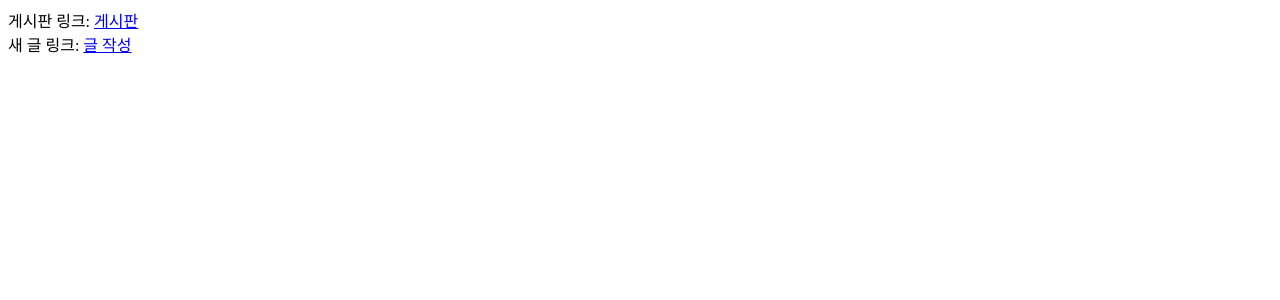
Repository: JunhaPark96/springBoard_maven
Page: http://localhost/springboard/
The author's editor kept a copy of each file at every save. The page is drawn from the files as they stood at one save, then again after the next save.
The browser window is 1280 px wide. The pictures show the whole page.
The page is served by Tomcat 9. Other server files are loaded and not shown.

Above is the page before, as saved 2023-08-24 06:18:00.

### springboard/src/main/webapp/index.jsp
<%@ page language="java" contentType="text/html; charset=UTF-8"
    pageEncoding="UTF-8"%>
<!DOCTYPE html>
<html>
<head>
<meta charset="UTF-8">
<title>Insert title here</title>
</head>
<body>
	게시판 링크: <a href="${pageContext.request.contextPath}/board"> 게시판 </a><br>
	새 글 링크: <a href="${pageContext.request.contextPath}/board/new"> 글 작성 </a><br>
</body>
</html>

After the next save:
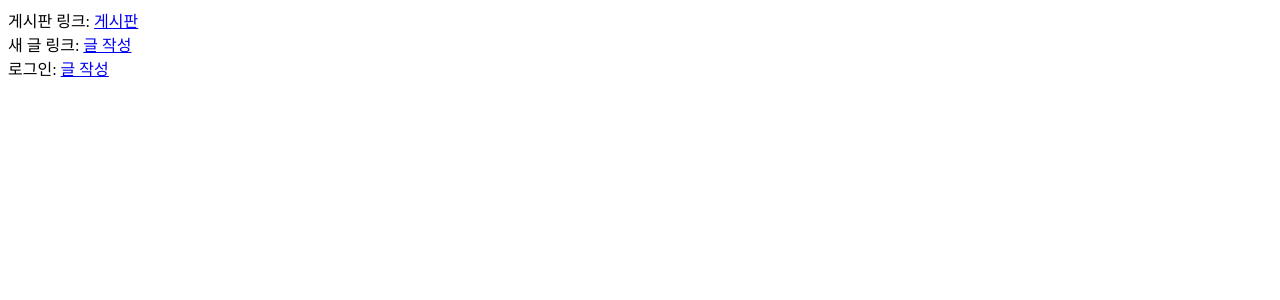
Saved 13 s later.
--- a/springboard/src/main/webapp/index.jsp
+++ b/springboard/src/main/webapp/index.jsp
@@ -9,5 +9,6 @@
 <body>
 	게시판 링크: <a href="${pageContext.request.contextPath}/board"> 게시판 </a><br>
 	새 글 링크: <a href="${pageContext.request.contextPath}/board/new"> 글 작성 </a><br>
+	로그인: <a href="${pageContext.request.contextPath}/board/new"> 글 작성 </a><br>
 </body>
 </html>
